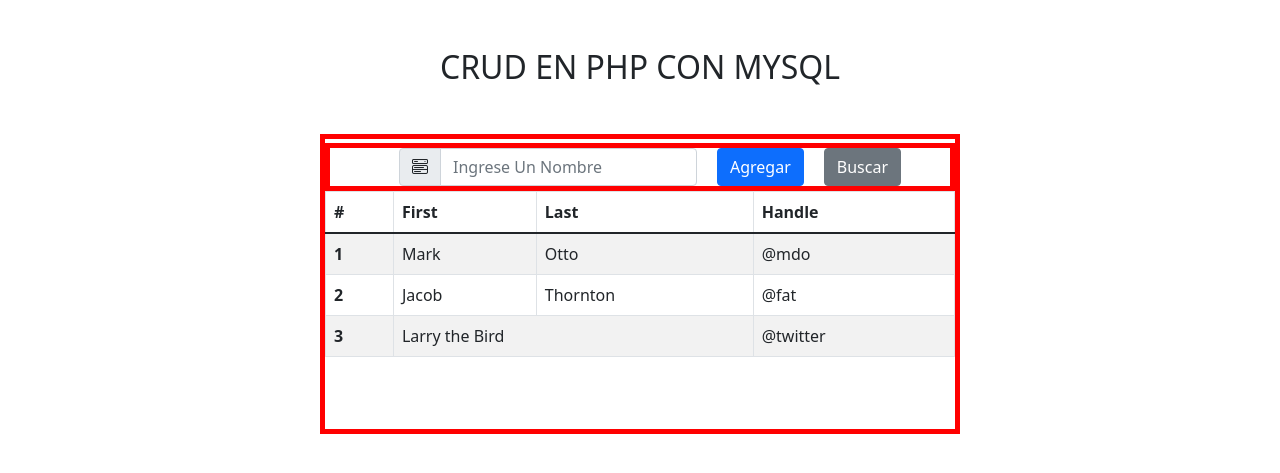
Repository: nder1996/CRUD_SENCILLO
Page: http://localhost/
An editor plug-in stored every save of this project. The page is shown before and after the next save, followed by the edit.
The browser window is 1280 px wide. The pictures show the whole page.
The page is run by PHP 8.4 with error messages shown; the project is at /var/www/html/.

Above is the page before, as saved 2021-10-04 20:07:58.

### CRUD - SILENCIADO/index.php
<!DOCTYPE html>
<html lang="en">
<head>
    <meta charset="UTF-8">
    <meta http-equiv="X-UA-Compatible" content="IE=edge">
    <meta name="viewport" content="width=device-width, initial-scale=1.0">
    <title>CRUD PHP</title>
    <link href="https://cdn.jsdelivr.net/npm/bootstrap@5.1.1/dist/css/bootstrap.min.css" rel="stylesheet" integrity="sha384-F3w7mX95PdgyTmZZMECAngseQB83DfGTowi0iMjiWaeVhAn4FJkqJByhZMI3AhiU" crossorigin="anonymous">
    <link rel="stylesheet" href="css/estilos.css">
    <link rel="stylesheet" href="https://cdnjs.cloudflare.com/ajax/libs/bootstrap-icons/1.5.0/font/bootstrap-icons.min.css" integrity="sha512-xnP2tOaCJnzp2d2IqKFcxuOiVCbuessxM6wuiolT9eeEJCyy0Vhcwa4zQvdrZNVqlqaxXhHqsSV1Ww7T2jSCUQ==" crossorigin="anonymous" referrerpolicy="no-referrer" />
</head>
<body>
    <h2 class="text-center mt-5">CRUD EN PHP CON MYSQL</h2>
    <div class="contenedor mt-5">
            <div class="input_button mt-1 d-flex justify-content-center">
                <section class="">
                    <label class="visually-hidden" for="inlineFormInputGroupUsername">Username</label>
                    <div class="input-group">
                      <div class="input-group-text"><i class="bi bi-menu-button-wide"></i></div>
                      <input type="text" class="form-control" id="inlineFormInputGroupUsername" placeholder="Ingrese Un Nombre">
                    </div>
                </section>
                <section>
                    <button type="button" class="btn btn-primary">Agregar</button>
                </section>
                <section>
                    <button type="button" class="btn btn-secondary">Buscar</button>
                </section>
            </div>
            <table class="table table-bordered table-striped">
                <thead>
                    <tr>
                      <th scope="col">#</th>
                      <th scope="col">First</th>
                      <th scope="col">Last</th>
                      <th scope="col">Handle</th>
                    </tr>
                  </thead>
                  <tbody>
                    <tr>
                      <th scope="row">1</th>
                      <td>Mark</td>
                      <td>Otto</td>
                      <td>@mdo</td>
                    </tr>
                    <tr>
                      <th scope="row">2</th>
                      <td>Jacob</td>
                      <td>Thornton</td>
                      <td>@fat</td>
                    </tr>
                    <tr>
                      <th scope="row">3</th>
                      <td colspan="2">Larry the Bird</td>
                      <td>@twitter</td>
                    </tr>
                  </tbody>
              </table>
    </div>
    <script src="https://cdn.jsdelivr.net/npm/bootstrap@5.1.1/dist/js/bootstrap.bundle.min.js" integrity="sha384-/bQdsTh/da6pkI1MST/rWKFNjaCP5gBSY4sEBT38Q/9RBh9AH40zEOg7Hlq2THRZ" crossorigin="anonymous"></script>
</body>
</html>

### CRUD - SILENCIADO/css/estilos.css
.contenedor{
    border:5px solid red;
    width: 50%;
    height: 300px;
    margin: auto;
}

.input_button{
    border:5px solid red;
}

.input_button section{
    margin-left: 20px;
}

After the next save:
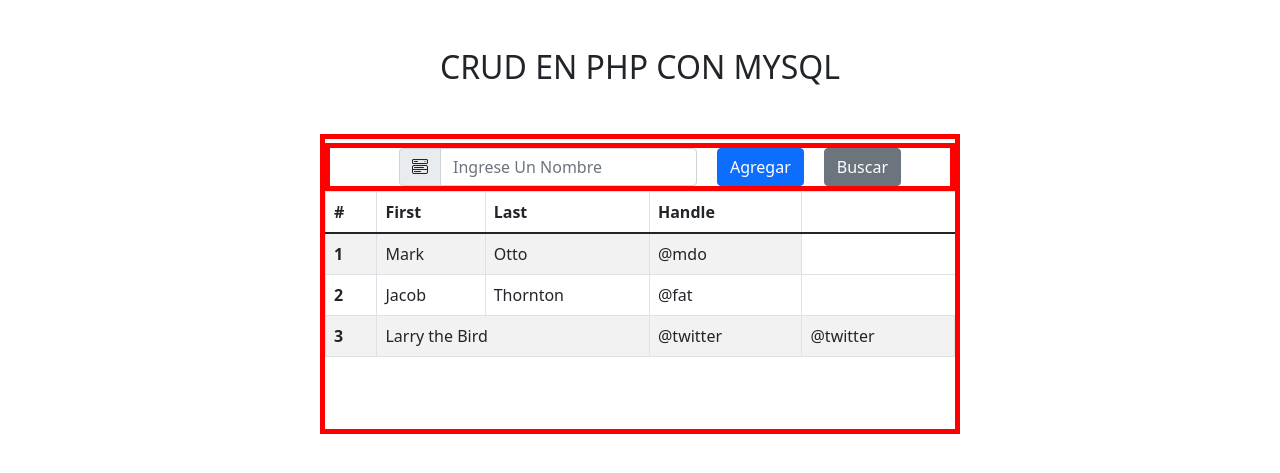
Saved 77 s later.
--- a/CRUD - SILENCIADO/index.php
+++ b/CRUD - SILENCIADO/index.php
@@ -53,6 +53,7 @@
                       <th scope="row">3</th>
                       <td colspan="2">Larry the Bird</td>
                       <td>@twitter</td>
+                      <td>@twitter</td>
                     </tr>
                   </tbody>
               </table>
